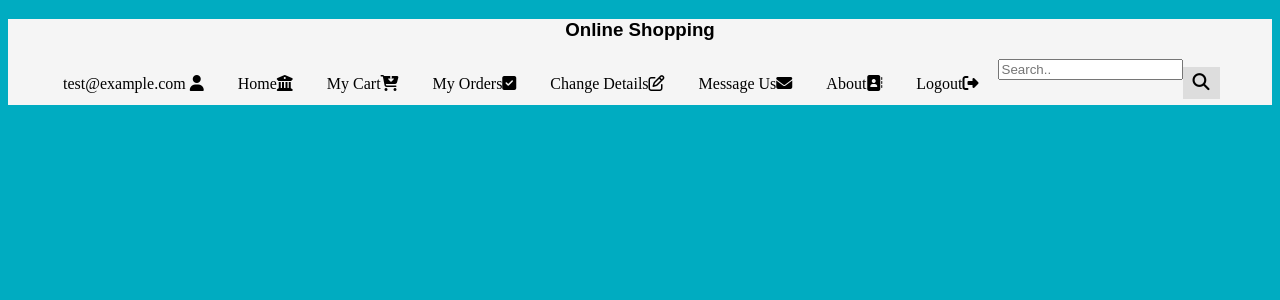
Repository: NidhiDaniel/E-Cart
Page: http://localhost/Online-Shopping-Cart/home.jsp
These files come from the project's save history. The page is drawn as it stood at one moment and after the next save; the edit follows.
The browser window is 1280 px wide. The pictures show the whole page.
Some web libraries are served in a nearby version. The page is served by Tomcat 9. The session is filled in as if someone had signed in: {"email": "test@example.com"}. Other server files are loaded and not shown.

Above is the page before, as saved 2024-01-06 09:36:56.

### Online-Shopping-Cart/src/main/webapp/home.jsp
<%@ page language="java" contentType="text/html; charset=ISO-8859-1"
    pageEncoding="ISO-8859-1"%>
<%@ include file="header.jsp" %>
<!DOCTYPE html>
<html>
<head>
<meta charset="ISO-8859-1">
<title>Home</title>
</head>
<body>

</body>
</html>

### Online-Shopping-Cart/src/main/webapp/header.jsp
<%@ page language="java" contentType="text/html; charset=ISO-8859-1"
	pageEncoding="ISO-8859-1"%>
<!DOCTYPE html>
<html>
<head>
<meta charset="ISO-8859-1">
<title>Insert title here</title>
<link rel="stylesheet" type="text/css" href="./css/header.css">
<link rel="stylesheet" href="https://cdnjs.cloudflare.com/ajax/libs/font-awesome/4.7.0/css/font-awesome.min.css">
<script src='https://kit.fontawesome.com/a076d05399.js' crossorigin='anonymous'></script>
</head>
<body>
	<div class="header">
	<% String email=session.getAttribute("email").toString(); %>

	   <h3>Online Shopping</h3>

		<ul>
		   <li><a href=""><% out.println(email); %><i class="fa fa-user"></i></a></li>
			<li><a href="home.jsp">Home<i class="fa fa-institution"></i></a></li>
			<li><a href="">My Cart<i class="fa fa-cart-arrow-down"></i></a></li>
			<li><a href="">My Orders<i class="fa fa-check-square"></i></a></li>
			<li><a href="">Change Details<i class="fa fa-edit"></i></a></li>
			<li><a href="">Message Us<i class="fa fa-envelope"></i></a></li>
			<li><a href="">About<i class="fa fa-address-book"></i></a></li>
			<li><a href="logout.jsp">Logout<i class="fa fa-sign-out"></i></a></li>
			<li><div class="search-container">
        	<input type="text" placeholder="Search.." name="search">
            <button type="submit"><i class="fa fa-search"></i></button>
        </div></li>
		</ul>

	</div>
</body>
</html>

### Online-Shopping-Cart/src/main/webapp/css/header.css
@charset "ISO-8859-1";
body{
	background: #00ACC1;
}
.header{
	width: auto;
	height:auto;
	background: #f5f5f5;
}
.header ul li{
	list-style: none;
	display: inline-block;
	height: 30px;
}
.header ul li:hover{
	background: #879487;
}
.header h3{
	text-align: center;
	font-family: sans-serif;
	font-weight: 900;
}
.header ul li a{
	margin: 15px;
    text-decoration: none;
    color: black;
    font-weight: 500;
}
.search-container {
  float: right;
}
.search-container button {
  float: right;
  padding: 6px 10px;
  margin-top: 8px;
  margin-right: 16px;
  background: #ddd;
  font-size: 17px;
  border: none;
  cursor: pointer;
}
.search-container button:hover {
  background: #ccc;
}

### Online-Shopping-Cart/src/main/webapp/footer.jsp
<%@ page language="java" contentType="text/html; charset=ISO-8859-1"
    pageEncoding="ISO-8859-1"%>
<!DOCTYPE html>
<html>
<head>
<meta charset="ISO-8859-1">
<title>Insert title here</title>
<link rel="stylesheet" type="text/css" href="../css/footer.css">
</head>
<body>
<div class="footer">
<p>All rights recieved</p>
</div>
</body>
</html>

### Online-Shopping-Cart/src/main/webapp/css/footer.css
@charset "ISO-8859-1";
.footer{
	background: #f5f5f5;
	height: 50px;
}
.footer p{
text-align: center;
}

After the next save:
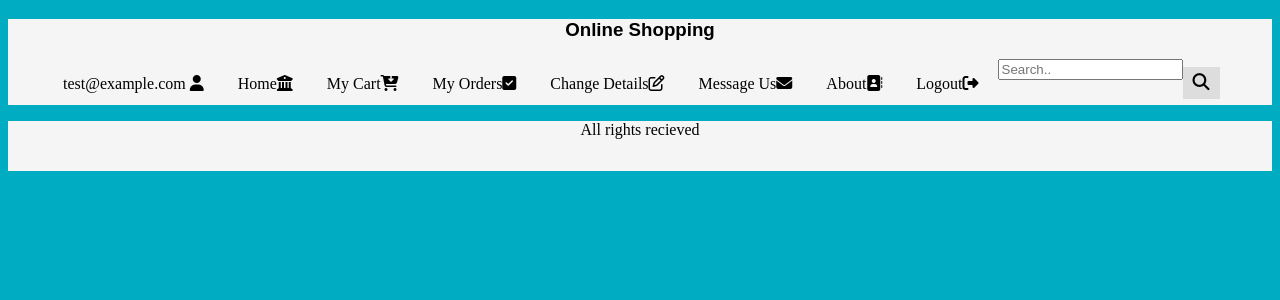
Saved 26 s later.
--- a/Online-Shopping-Cart/src/main/webapp/home.jsp
+++ b/Online-Shopping-Cart/src/main/webapp/home.jsp
@@ -11,3 +11,4 @@
 
 </body>
 </html>
+<%@ include file="footer.jsp" %>
